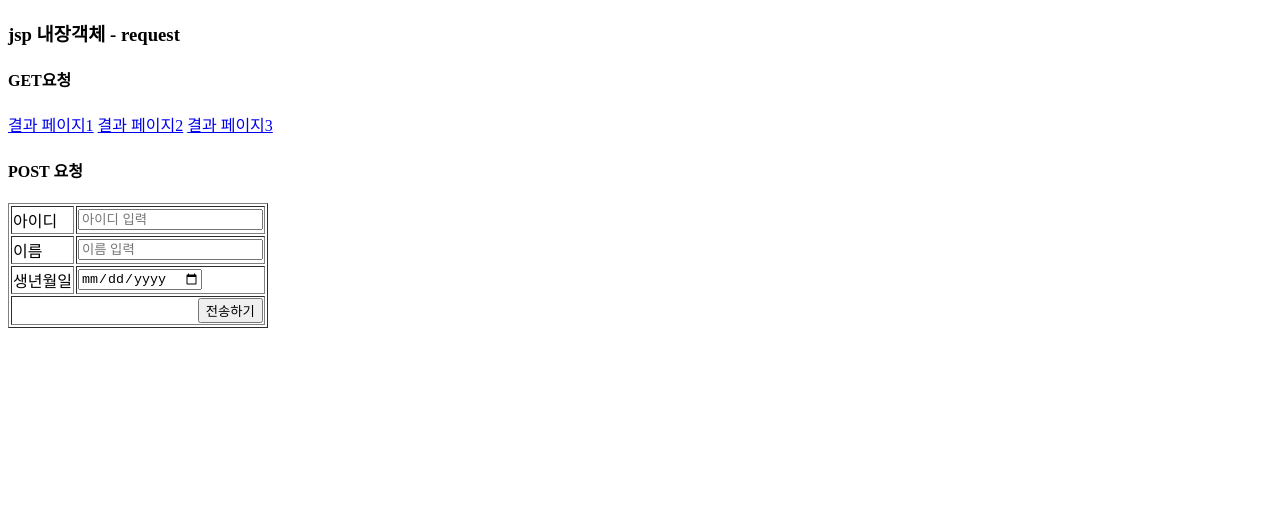
Repository: 2017112847/Jsp
Page: http://localhost/ch03/1_request.jsp
An editor plug-in stored every save of this project. The page is shown before and after the next save, followed by the edit.
The browser window is 1280 px wide. The pictures show the whole page.
The page is served by Tomcat 9.

Above is the page before, as saved 2025-07-28 03:44:15.

### ch03/src/main/webapp/1_request.jsp
<%@ page language="java" contentType="text/html; charset=UTF-8"
    pageEncoding="UTF-8"%>
<!DOCTYPE html>
<html>
<head>
<meta charset="UTF-8">
<title>jsp 내장객체 - request</title>

<%--request
	request 내장객체
	- 클라이언트의 요청 정보를 갖는 JSP 내장객체
	- 클라이언트의 전송 데이터를 수신처리하는 기능 제공

	get 요청
	- 기본 데이터 요청 방식, 전송 데이터를 쿼리스트링으로 전송(URL주소에 붙여 전송)
	- 보안에 취약하지만 post 전송 대비 빠른 전송

	post 요청
	- 데이터를 요청 객체의 body에 저장해서 전송되는 방식
	- 보안에 유리하고 대량의 데이터 전송에 적합


 --%>
</head>
<body>
<h3>jsp 내장객체 - request
</h3>
<h4>GET요청</h4>
<a href = "./proc/result1.jsp?uid=a101">결과 페이지1</a>
<a href = "./proc/result1.jsp?uid=a102&name=홍길동">결과 페이지2</a>
<a href = "./proc/result1.jsp?uid=a103&name=김유신&age=23">결과 페이지3</a>
<h4>POST 요청</h4>
<form action="./proc/result2.jsp" method="post">
<table border ="1">
		<tr>
			<td>아이디</td>
			<td><input type="text" name="uid" placeholder="아이디 입력" /></td>
		</tr>
		<tr>
			<td>이름</td>
			<td><input type="text" name="name" placeholder="이름 입력" /></td>
		</tr>
		<tr>
			<td>생년월일</td>
			<td><input type="date" name="birth"/></td>
		</tr>
		<tr>
			<td colspan= "2" align="right">
				<input type="submit"value= "전송하기" />
			</td>
		</tr>
</table>
</form>
</body>
</html>

After the next save:
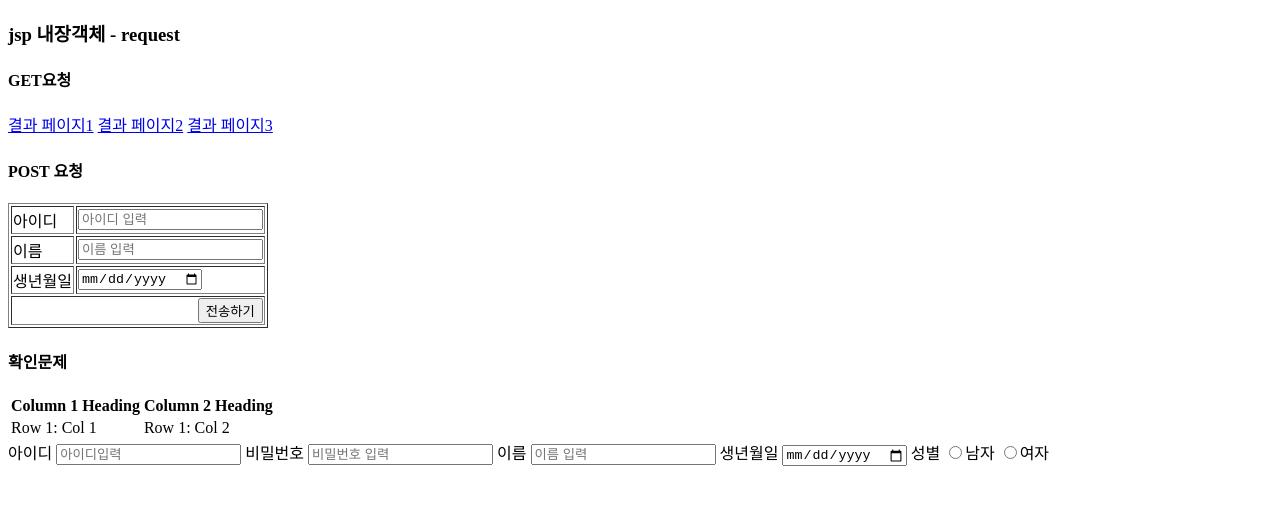
Saved 83 min 50 s later.
--- a/ch03/src/main/webapp/1_request.jsp
+++ b/ch03/src/main/webapp/1_request.jsp
@@ -51,5 +51,46 @@
 		</tr>
 </table>
 </form>
+<h4>확인문제</h4>
+<from action = "">
+	<table>
+  <tr>
+    <th>Column 1 Heading</th>
+    <th>Column 2 Heading</th>
+  </tr>
+  <tr>
+    <td>Row 1: Col 1</td>
+    <td>Row 1: Col 2</td>
+  </tr>
+</table border = "1">
+	<tr>
+		<td>아이디</td>
+		<td><input type = "text" name="id" placeholder = "아이디입력"/></td>
+	</tr>
+	<tr>
+		<td>비밀번호</td>
+		<td><input type = "password" name="pw" placeholder = "비밀번호 입력"/></td>
+	</tr>
+	<tr>
+		<td>이름</td>
+		<td><input type = "text" name="name" placeholder = "이름 입력"/></td>
+	</tr>
+	<tr>
+		<td>생년월일</td>
+		<td><input type = "date" name="birth"/></td>
+	</tr>
+	<tr>
+		<td>성별</td>
+		<td><input type = "radio" name="gneder" value = "M"/>남자
+		<td><input type = "radio" name="gneder" value = "F"/>여자
+		</td>
+	</tr>
+
+
+
+</from>
+
+
+
 </body>
 </html>
